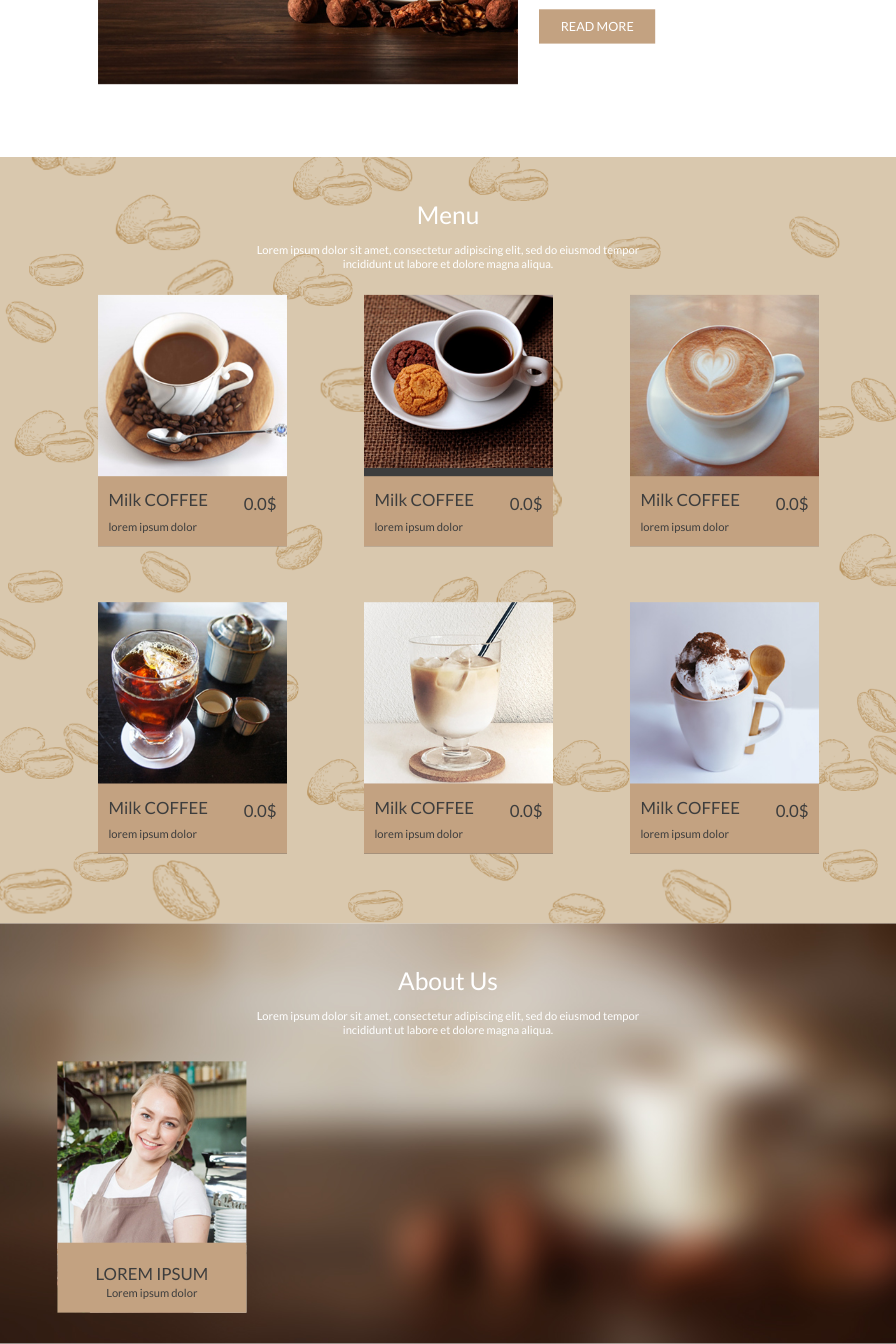
Repository: kuluong2000/coffe
Page: index.html
The author's editor kept a copy of each file at every save. The page is drawn from the files as they stood at one save, then again after the next save.
The browser window is 1280 px wide. The pictures show the part of the page from y = 1035 to 2955 px (the page is 2955 px tall), at 70% of full size.

Above is the page before, as saved 2021-10-04 22:32:24.

### index.html
<!DOCTYPE html>
<html lang="en">
  <head>
    <meta charset="UTF-8" />
    <meta http-equiv="X-UA-Compatible" content="IE=edge" />
    <meta name="viewport" content="width=device-width, initial-scale=1.0" />
    <link rel="stylesheet" href="./libs/css/bootstrap.min.css" />
    <link rel="stylesheet" href="./libs/css/animate.css" />
    <link rel="stylesheet" href="./libs/css/slick-theme.css" />
    <link rel="stylesheet" href="./libs/css/slick.css" />
    <link rel="stylesheet" href="./Assets/css/reset.css" />
    <link rel="stylesheet" href="./Assets/css/style.css" />
    <link rel="stylesheet" href="./Assets/css/responsive.css" />
    <title>Document</title>
  </head>
  <body>
    <header class="header">
      <div class="container">
        <div class="row">
          <div class="header-main">
            <div class="header-menu">
              <a href="#">
                <img src="./Assets/image/logo.png" alt="" srcset="" />
              </a>
            </div>
            <nav>
              <ul class="header-menu">
                <li class="header-menu-item"><a href="#" class="header-menu-link">Home</a></li>
                <li class="header-menu-item"><a href="#" class="header-menu-link">Our Story</a></li>
                <li class="header-menu-item"><a href="#" class="header-menu-link">Menu</a></li>
                <li class="header-menu-item"><a href="#" class="header-menu-link">Order</a></li>
                <li class="header-menu-item"><a href="#" class="header-menu-link">About Us</a></li>
                <li class="header-menu-item"><a href="#" class="header-menu-link">Contact</a></li>
                <li class="header-menu-item"><a href="#" class="header-menu-link">Cart</a></li>
              </ul>
            </nav>
          </div>
        </div>
      </div>
    </header>
    <main>
      <section class="banner">
        <div class="banner-img">
          <img src="./Assets/image/banner.jpg" alt="" srcset="" />
        </div>
        <div class="container">
          <div class="row">
            <div class="banner-main">
              <div class="banner-content">
                <h1 class="banner-heading">HELLO COFFEE</h1>
                <p class="banner-desc">Lorem ipsum dolor sit amet, consectetur adipiscing elit, sed do eiusmod tempor incididunt ut labore et...</p>
                <a href="#" class="btn"> Read More </a>
              </div>
            </div>
          </div>
        </div>
      </section>
      <section class="story">
        <div class="container">
          <div class="row">
            <div class="story-main">
              <div class="story-media">
                <div class="story-image">
                  <img src="./Assets/image/story.jpg" alt="" />
                </div>
              </div>
              <div class="story-info">
                <div class="story-title">Our Story</div>
                <p class="story-desc">
                  Lorem ipsum dolor sit amet, consectetur adipiscing elit, sed do eiusmod tempor incididunt ut labore et dolore magna aliqua.
                  <br />
                  Ut enim ad minim veniam, quis nostrud exercitation ullamco laboris nisi ut aliquip ex ea commodo consequat.
                </p>
                <a href="#" class="btn">Read More</a>
              </div>
            </div>
          </div>
        </div>
      </section>
      <section class="menu">
        <div class="container">
          <div class="row">
            <div class="menu-main">
              <div class="box">
                <h2 class="title menu-box-title">Menu</h2>
                <p class="desc menu-box-desc">Lorem ipsum dolor sit amet, consectetur adipiscing elit, sed do eiusmod tempor incididunt ut labore et dolore magna aliqua.</p>
              </div>
              <div class="menu-list">
                <div class="menu-item">
                  <div class="menu-item-image">
                    <img src="./Assets/image/menu_img1.jpg" alt="" />
                  </div>
                  <div class="menu-item-info">
                    <div class="menu-item-content">
                      <h2 class="menu-item-name">Milk COFFEE</h2>
                      <p class="menu-item-desc">lorem ipsum dolor</p>
                    </div>
                    <p class="menu-item-price">0.0$</p>
                  </div>
                </div>
                <div class="menu-item">
                  <div class="menu-item-image">
                    <img src="./Assets/image/menu_img2.jpg" alt="" />
                  </div>
                  <div class="menu-item-info">
                    <div class="menu-item-content">
                      <h2 class="menu-item-name">Milk COFFEE</h2>
                      <p class="menu-item-desc">lorem ipsum dolor</p>
                    </div>
                    <p class="menu-item-price">0.0$</p>
                  </div>
                </div>
                <div class="menu-item">
                  <div class="menu-item-image">
                    <img src="./Assets/image/menu_img3.jpg" alt="" />
                  </div>
                  <div class="menu-item-info">
                    <div class="menu-item-content">
                      <h2 class="menu-item-name">Milk COFFEE</h2>
                      <p class="menu-item-desc">lorem ipsum dolor</p>
                    </div>
                    <p class="menu-item-price">0.0$</p>
                  </div>
                </div>
                <div class="menu-item">
                  <div class="menu-item-image">
                    <img src="./Assets/image/menu_img4.jpg" alt="" />
                  </div>
                  <div class="menu-item-info">
                    <div class="menu-item-content">
                      <h2 class="menu-item-name">Milk COFFEE</h2>
                      <p class="menu-item-desc">lorem ipsum dolor</p>
                    </div>
                    <p class="menu-item-price">0.0$</p>
                  </div>
                </div>
                <div class="menu-item">
                  <div class="menu-item-image">
                    <img src="./Assets/image/menu_img5.jpg" alt="" />
                  </div>
                  <div class="menu-item-info">
                    <div class="menu-item-content">
                      <h2 class="menu-item-name">Milk COFFEE</h2>
                      <p class="menu-item-desc">lorem ipsum dolor</p>
                    </div>
                    <p class="menu-item-price">0.0$</p>
                  </div>
                </div>
                <div class="menu-item">
                  <div class="menu-item-image">
                    <img src="./Assets/image/menu_img6.jpg" alt="" />
                  </div>
                  <div class="menu-item-info">
                    <div class="menu-item-content">
                      <h2 class="menu-item-name">Milk COFFEE</h2>
                      <p class="menu-item-desc">lorem ipsum dolor</p>
                    </div>
                    <p class="menu-item-price">0.0$</p>
                  </div>
                </div>
              </div>
            </div>
          </div>
        </div>
      </section>
      <section class="about">
        <div class="container">
          <div class="row">
            <div class="about-main">
              <div class="box">
                <h2 class="title">About Us</h2>
                <p class="desc">Lorem ipsum dolor sit amet, consectetur adipiscing elit, sed do eiusmod tempor incididunt ut labore et dolore magna aliqua.</p>
              </div>
              <div class="about-list">
                <div class="about-item">
                  <div class="about-avatar">
                    <img src="/Assets/image/about_img1.jpg" alt="" />
                  </div>
                  <div class="about-info">
                    <h2 class="about-name">Lorem Ipsum</h2>
                    <p class="about-position">Lorem ipsum dolor</p>
                    <a href="#" class="btn about-btn">Read More</a>
                  </div>
                </div>
              </div>
            </div>
          </div>
        </div>
      </section>
    </main>

    <script src="./libs/Js/jquery-3.5.1.slim.min.js"></script>
    <script src="./libs/Js/bootstrap.min.js"></script>
    <script src="./libs/Js/slick.min.js"></script>
    <script src="./libs/Js/wow.js"></script>
  </body>
</html>

### Assets/css/reset.css
html, body, div, span, applet, object, iframe,
h1, h2, h3, h4, h5, h6, p, blockquote, pre,
a, abbr, acronym, address, big, cite, code,
del, dfn, em, img, ins, kbd, q, s, samp,
small, strike, strong, sub, sup, tt, var,
b, u, i, center,
dl, dt, dd, ol, ul, li,
fieldset, form, label, legend,
table, caption, tbody, tfoot, thead, tr, th, td,
article, aside, canvas, details, embed,
figure, figcaption, footer, header, hgroup,
menu, nav, output, ruby, section, summary,
time, mark, audio, video {
	margin: 0;
	padding: 0;
	border: 0;
	font-size: 100%;
	vertical-align: baseline;
}
/* HTML5 display-role reset for older browsers */
article, aside, details, figcaption, figure,
footer, header, hgroup, menu, nav, section {
	display: block;
}
* {
	box-sizing: border-box;
}
body {
	line-height: 1;
  font-family: 'Muli', sans-serif;


  font-style: normal;
  font-weight: normal;
  font-size: 16px;
  line-height: 32px;
}
ol, ul {
	list-style: none;
}
blockquote, q {
	quotes: none;
}
blockquote:before, blockquote:after,
q:before, q:after {
	content: '';
	content: none;
}
table {
	border-collapse: collapse;
	border-spacing: 0;
}

img {
  max-width: 100%;
	vertical-align: bottom;
}
a {
	outline: none;
}

### Assets/css/style.css
@import url('https://fonts.googleapis.com/css2?family=Lato:ital,wght@0,400;0,700;0,900;1,300;1,400;1,700;1,900&display=swap');
*{
    padding: 0;
    margin: 0;
    box-sizing: border-box;
}
body{
    font-family: 'Lato', sans-serif;
    font-size: 16px;
    line-height: 1.6;
    color: #3d3d3d;
    font-weight: 400;
}

.header{
    position: absolute;
    width: 100%;
    background-color: rgba(0,0,0 , 0.5);
    padding: 20px 0 20px;
    z-index: 99;
}
.header-main{
    display:flex;
    justify-content: space-between;
    align-items: center;
}
.header-menu{
    display:flex;
    justify-content: space-between;
    align-items: center;
}
.header-menu-item{
    list-style-type: none;
}
.header-menu-item:not(:first-child){
    margin-left: 25px;
}
.header-menu-link{
    position: relative;
    color: white;
    text-transform: uppercase;
    text-decoration: none;
    font-size: 12px;
    padding-bottom: 7px;

}
.header-menu-link::before{
    content: '';
    position: absolute;
    bottom: 0;
    left:  0;
    height: 2px;
    width: 100%;
    background-color: #c3a281;
    transform: scale(0);
    transition: 0.5s;
    transform-origin: right;
}
.header-menu-link:hover,
.header-menu-link:hover::before{
    color: #c3a281;
    transform: scale(1);
}
.banner{
    position: relative;
    min-height: 660px;
}
.banner-img{
    position: relative;
    z-index: -1;
    object-fit: cover;
    width: 100%;
}
.banner-img img{
    width: 100%;
}

.banner-main{
    position: absolute;
    left: auto;
    top: 50%;
    transform: translateY(-50%);
    color: white;
    width: max-content;

}

.banner-heading{
    font-weight: 400;
    font-size: 48px;
    letter-spacing: 0.5px;
    margin-bottom: 40px;
}
.banner-desc{
    width: 390px;
    margin-bottom: 40px;
}
.btn{
    font-size: 18px;
    color: white;
    font-weight: 400;
    padding: 10px 30px;
    background-color: #c3a281;
    border-radius: 0%;
    text-transform: uppercase;
}
.btn:hover{
    color: white;
}
.story{
    padding-top: 95px;
    min-height: 600px;
}
.story-main{
    display:flex;
    padding: 0 70px;
    align-items: center;
}
.story-media{
    position: relative;
}
.story-icon-play{
    position: absolute;
    top: 50%;
    left: 50%;
    transform:translate(-50%,-50%);
}
.story-image{
    min-width: 600px;
    height: 100%;
    object-fit: cover;
}
.story-image img{
    width: 100%;
    height: 100%;
}
.story-info{
    margin-left: 30px;
}
.story-title{
    font-size: 35px;
    margin-bottom: 20px;
    text-transform: uppercase;
}
.story-desc{
    text-align: justify;
    margin-bottom: 40px;
    line-height: 20px;
}
.menu{

    padding-bottom: 100px;
    background: url(/Assets/image/menu_bg.png) no-repeat center / cover;
}
.menu-main{
    padding: 0;
}
.box{
    padding-top: 60px;
    margin: 0 auto;
    width: 100%;
    max-width: 570px;
    text-align: center  ;
}
.title{
    font-size: 35px;
    margin-bottom: 20px;
    color: white;
}
.desc{
    line-height: 20px;
    color: white;
    margin-bottom: 35px;
}
.menu-list{
    display: grid;
    grid-template-columns: repeat(3,1fr);
    grid-gap: 80px 110px;
    /* display: flex;
    flex-wrap: wrap; */
    padding: 0 70px;



}

.menu-item{
    /* width: calc((100% ) /3); */
    width: 270px;
    position: relative;

}
.menu-item:hover .menu-item-info{
    height: 130px;
    background-color: #3d3d3d;
    color: #c3a281;
}
.menu-item:hover .menu-item-price{
    display: none;
}
.menu-item:hover .menu-item-name{
    border-bottom: 2px solid #c3a281;
}
.menu-item-info{
    display: flex;
    justify-content: space-between;
    background-color: #c3a281;
    padding: 20px 15px;
    width: 270px;
    height: 100px;
    position: absolute;
    bottom: 0;
    left: 0;
    transition: all 0.5s ease;
}

.menu-item-name{
    font-size: 24px;
    margin-bottom: 10px;
}
.menu-item-price{
    font-size: 24px;
}
.about{
    background: url(/Assets/image/about_bg.jpg) no-repeat center /  cover;
    min-height: 600px;
}
.about-list{
    position: relative;
}
.about-item{
    width: 270px;
}
.about-avatar{
    max-width: 270px;
    height: 100%;
}
.about-avatar img{
    max-width: 100%;
}
.about-info{
    padding: 30px 0;
    text-align: center;
    width: 270px;
    height: 100px;
    position: absolute;
    bottom: 0;
    left: 0;
    background-color: #c3a281;
    transition: 0.5s;
}
.about-name{
    font-size: 24px;
    text-transform: uppercase;

}
.about-btn{
    opacity: 0;
    visibility: hidden;
    width: max-content;
    margin: 0 auto;
}

.about-item:hover .about-info{
    height: 125px;
    background-color: #3d3d3d;
    color: #c3a281;
}

.about-item:hover .about-btn{
    opacity: 1;
    visibility:visible;
}
.about-item:hover .about-position{
    display: none;
}

### Assets/css/responsive.css
@media (min-width:1400px){
    .container{
        max-width: 1170px;
    }
}

Loaded but not shown: libs/css/bootstrap.min.css (library); libs/css/animate.css (library); libs/css/slick-theme.css (library); libs/css/slick.css (common file); libs/Js/jquery-3.5.1.slim.min.js (library); libs/Js/bootstrap.min.js (library); libs/Js/slick.min.js (library); libs/Js/wow.js (library)

After the next save:
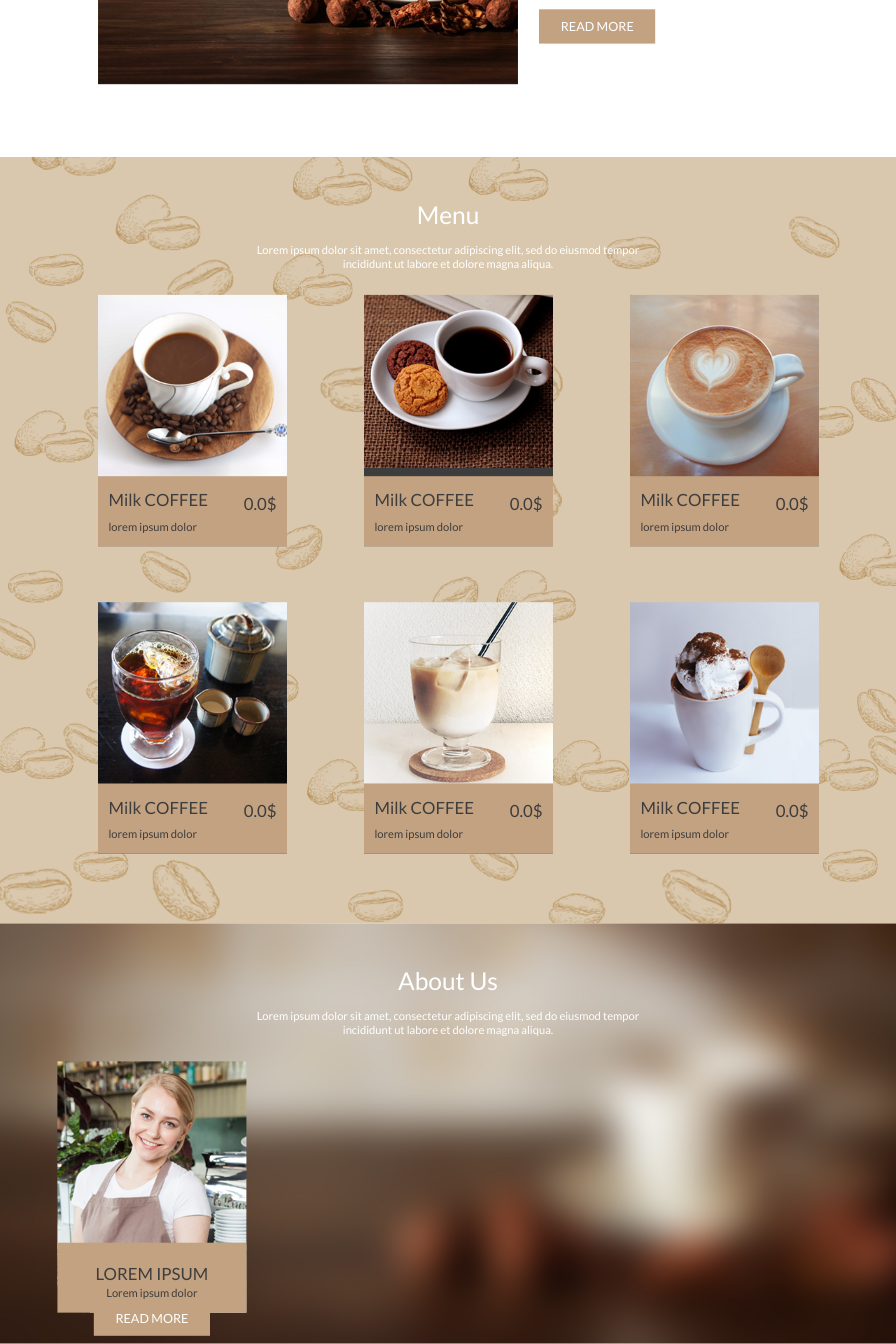
Saved 21 s later.
--- a/Assets/css/style.css
+++ b/Assets/css/style.css
@@ -255,8 +255,8 @@ body{
 
 }
 .about-btn{
-    opacity: 0;
-    visibility: hidden;
+    /* opacity: 0; */
+    /* visibility: hidden; */
     width: max-content;
     margin: 0 auto;
 }
